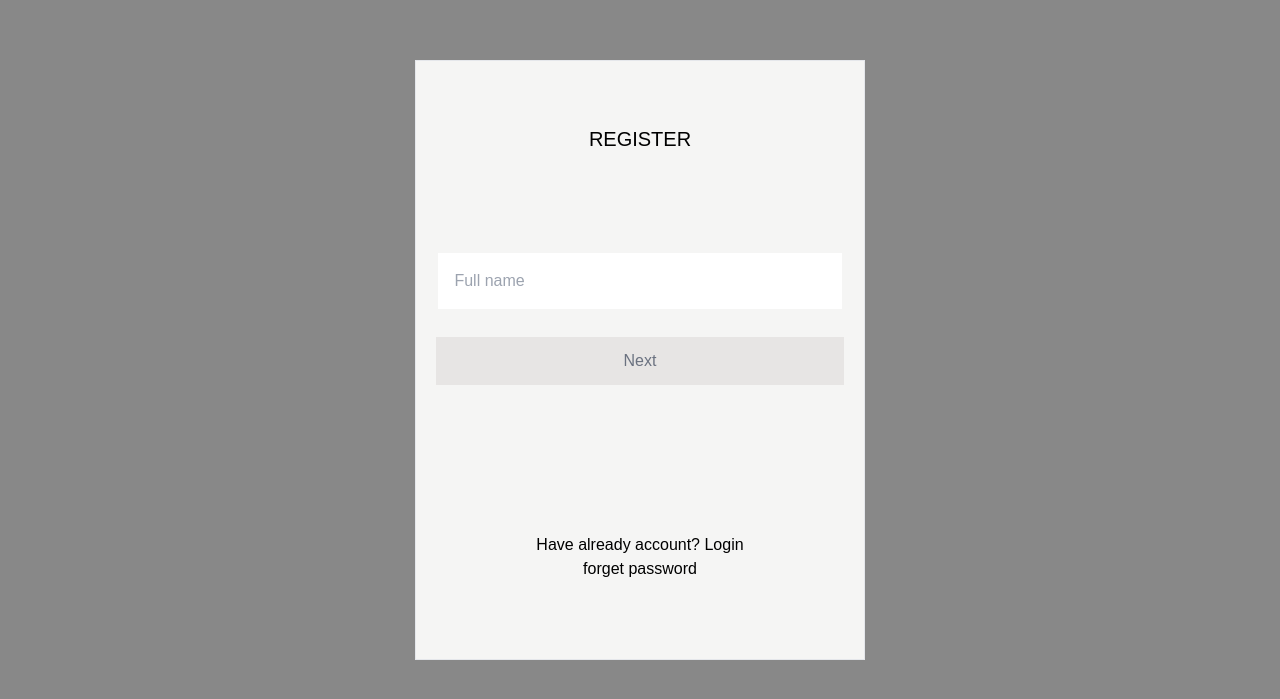
Repository: hsumyatm7308/oop-loginregister-php
Page: http://localhost/register.php
An editor plug-in stored every save of this project. The page is shown before and after the next save, followed by the edit.
The browser window is 1280 px wide. The pictures show the whole page.
Some web libraries are served in a nearby version. The page is run by PHP 8.4 with error messages shown; the project is at /var/www/html/.

Above is the page before, as saved 2023-08-01 18:56:46.

### register.php
<?php

require_once "oopfunction.php";

if (isset($_SERVER['REQUEST_METHOD'])==="POST") {
    $fullname = textfilter($_POST['fullname']);
    $username = textfilter($_POST["username"]);
    $email = textfilter($_POST["email"]);
    $address = textfilter($_POST["address"]);
    $phone = textfilter($_POST["phone"]);
    $password = textfilter($_POST["password"]);
    $comfirmpass = textfilter($_POST["comfirm"]);

    $returnresult = $reg->insertUserInfo($fullname, $username, $email, $address, $phone, $password, $comfirmpass);

    if ($returnresult == 10) {
        echo "<div class='alert alert-danger'>Username already taken!</div>";
    } elseif ($returnresult == 1) {
        if ($stmt->execute()) {
            $_SESSION['email'] = $email;
            $_SESSION['password'] = $password;
            header("Location:.logout.php");

        } else {
            echo "Try Again";
        }
    } elseif ($returnresult == 100) {
        echo "<div class='alert alert-danger'>Password doesn't match!</div>";
    }


}


function textfilter($data)
{
    $data = trim($data);
    $data = htmlspecialchars($data);
    $data = stripcslashes($data);

    return $data;
}


?>


<!DOCTYPE html>
<html>

<head>
    <title>Login</title>

    <script src="https://cdn.tailwindcss.com"></script>
    <style>
        /* form .page {
            display: none;
        } */

        body {
            font-family: sans-serif;
            height: 100vh;
            background: #888;

            display: grid;
            place-items: center;
        }

        input.invalid {
            border: 1px dotted red;
        }
    </style>

</head>

<body class="w-screen h-screen  flex justify-center items-center">

    <div class="w-[450px] h-[600px] bg-stone-100 border flex items-center flex-col">
        <span id="prev" class="text-gray-500 self-start ml-8 mt-5" onclick="backnow(1)">Back</span>


        <h1 class="text-xl text-black uppercase mt-16">Register</h1>

        <form action="" method="post" id="form" class="w-full flex justify-center items-center flex-col mt-20">
            <div class="page w-full flex justify-center items-center mt-5 hidden">
                <input type="text" name="fullname" class="w-[90%] p-4 mb-2 focus:outline-none" placeholder="Full name">
            </div>
            <div class="page w-full flex justify-center items-center hidden">
                <input type="text" name="username" class="w-[90%] p-4 mb-2 focus:outline-none" placeholder="username">
            </div>
            <div class="page w-full flex justify-center items-center hidden">
                <input type="email" name="email" class="w-[90%] p-4 mb-2 focus:outline-none" placeholder="Email">
            </div>
            <div class="page w-full flex justify-center items-center hidden">
                <input type="text" name="address" class="w-[90%] p-4 mb-2 focus:outline-none" placeholder="Address">
            </div>
            <div class="page w-full flex justify-center items-center hidden">
                <input type="text" name="phone" class="w-[90%] p-4 mb-2 focus:outline-none" placeholder="Phone">
            </div>
            <div class="page w-full flex justify-center items-center hidden">
                <input type="password" name="password" class="w-[90%] p-4 mb-2 focus:outline-none"
                    placeholder="Password">
            </div>
            <div class="page w-full flex justify-center items-center hidden">
                <input type="password" name="comfirm" class="w-[90%] p-4 mb-2 focus:outline-none"
                    placeholder="Comfirm password">
            </div>




            <div class="w-full flex justify-center items-center">
                <button type="button" id="next"
                    class="w-full bg-stone-200 text-gray-500 p-3 m-5 hover:opacity-80 hover:text-gray-800"
                    onclick="gonow(1)">Next </button>
            </div>

        </form>


        <div id="footer" class="w-full flex justify-center items-center flex-col mt-32 hidden">
            <div>
                Have already account? <a href="">Login</a>
            </div>
            <div>forget password</div>
        </div>
    </div>

    <script src="./app.js"></script>
</body>

</html>

<!-- CREATE TABLE IF NOT EXISTS loginregister(
    id INT AUTO_INCREMENT NOT NULL PRIMARY KEY,
    fullname VARCHAR(255),
    username VARCHAR(255),
    email VARCHAR(255),
    address VARCHAR(255),
    phone VARCHAR(255),
    password  INT
    )
-->

### oopfunction.php
<?php


class Connection
{
    public $dbhost = "localhost";
    public $dbuser = "root";
    public $dbname = "hmmdb";
    public $password = "";


    public $conn;


    public function __construct()
    {
        try {

            $this->conn = new PDO("mysql:dbhost=$this->dbhost;dbname=$this->dbname", $this->dbuser, $this->password);
            $this->conn->setAttribute(PDO::ATTR_ERRMODE, PDO::ERRMODE_EXCEPTION);

            // echo "connection successfull";


        } catch (Exception $e) {
            echo "Error Found : " . $e->getMessage();
        }
    }
}

class Register extends Connection{
    //function to register user in database
    public function insertUserInfo($fullname,$username,$email,$address,$phone,$password,$comfirmpass){
      $duplicate = $this->conn->prepare('SELECT * FROM loginregister WHERE username = :username OR email = :email');
      $duplicate->bindParam(':username', $username, PDO::PARAM_STR);
      $duplicate->bindParam(':email', $email, PDO::PARAM_STR);
      $duplicate->execute();

      $row = $duplicate->rowCount();
      print_r($row,true);

      if($row > 0){
        return 10;

      }else{
        if($password == $comfirmpass){

            try{
                $stmt = $this->conn->prepare("INSERT INTO loginregister(fullname,username,email,address,password) VALUE(:fullname,:username,:email,:address,:password)");
                $stmt->bindParam(':fullname',$fullname);
                $stmt->bindParam(':username',$username);
                $stmt->bindParam(':email',$email);
                $stmt->bindParam(':address',$address);
                $stmt->bindParam(':password',$password);

                return 1;
            }catch (Exception $e) {
                echo "Error Found : " . $e->getMessage();
            }


        }else{
            return 100;
        }
      }


    }



}

$obj = new Connection();

$reg = new Register();

?>

### app.js
const getpages = document.getElementsByClassName('page');
console.log(getpages)
const getform = document.getElementById('form');
const prevbtn = document.getElementById('prev');
const nextbtn = document.getElementById('next');
const footer = document.getElementById('footer');

var datas = [];
var objkeys = ["fullname", "username", "email", "address", "password", "comfirm"];


var curidx = 0;

showpage(curidx);

function showpage(num) {


    getpages[num].classList.remove('hidden');

    console.log(getpages[num]);

    num === 0 ? (prevbtn.style.display = "none") : (prevbtn.style.display = "block");
    num === 0 ? (footer.classList.remove('hidden')) : (footer.classList.add('hidden'));

    num === getpages.length -1 ? (nextbtn.textContent = 'Submit') : (nextbtn.textContent = 'Next');
}


function backnow(num){

    curidx--;
    console.log(curidx)
    // getpages[curidx ].classList.add('hidden');
    getpages[curidx+1].classList.add('hidden');


    showpage(curidx)
}

function gonow(num) {



    if (num === 1 && !formvalid()) return false;
    curidx++;
    console.log(curidx)
    getpages[curidx - 1].classList.add('hidden');

    if (curidx >= getpages.length) {
        nextbtn.style.direction = "none";
        getform.submit();

    }

    console.log(curidx);
    showpage(curidx)

}

function* yeildfun() {
    var index = 0;

    while (index < objkeys.length) {
        yield function () {
            index++;
        }
    }
}

let gen = yeildfun();

function formvalid() {
    var valid = true;
    var getcurrinput = getpages[curidx].getElementsByTagName('input');
    // console.log(getcurrinput);
    // console.log(getcurrinput[0].value);

    for (var x = 0; x < getcurrinput.length; x++) {
        // console.log(getcurrinput[x].value);
        if (getcurrinput[x].value === '') {
            getcurrinput[x].classList.add('invalid');
            valid = false;
        } else {

            const keys = objkeys[gen.next().value];
            const values = getcurrinput[x].value;
            datas.push({ [keys]: values });
        }

    }

    return valid;

}

After the next save:
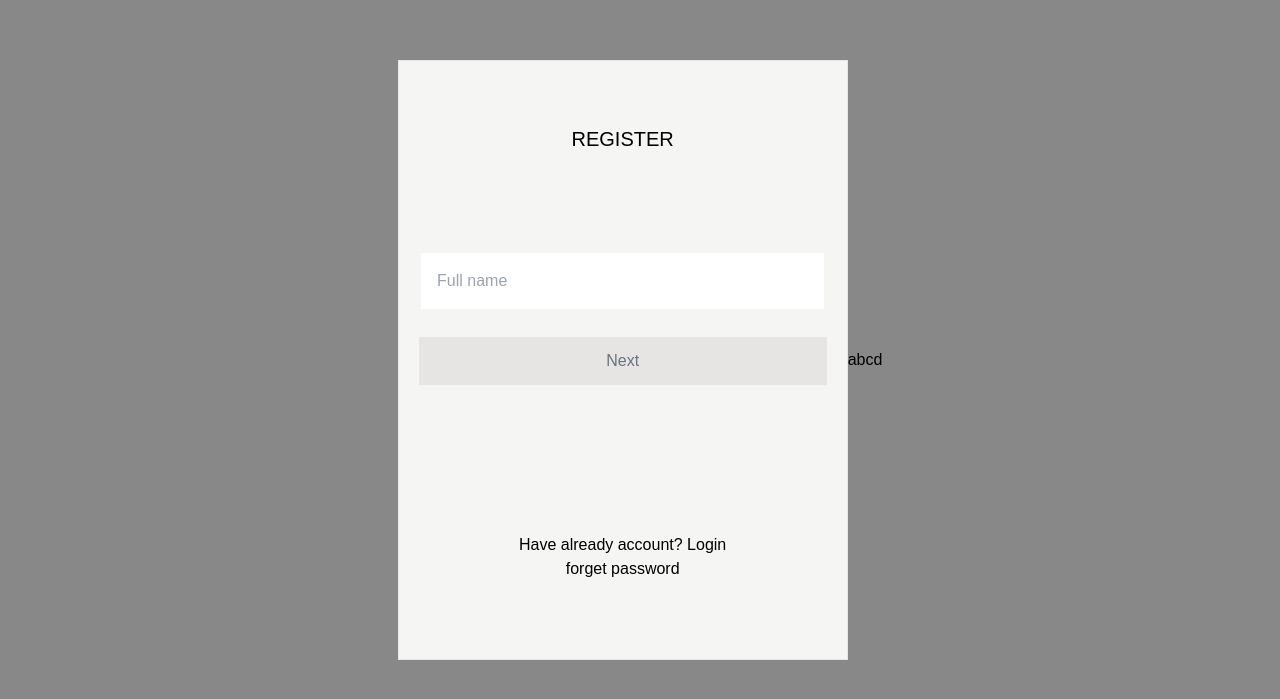
Saved 90 s later.
--- a/register.php
+++ b/register.php
@@ -126,6 +126,9 @@
         </div>
     </div>
 
+		<div id="result-container">abcd</div>
+
+
     <script src="./app.js"></script>
 </body>
 

After the 6 saves that followed:
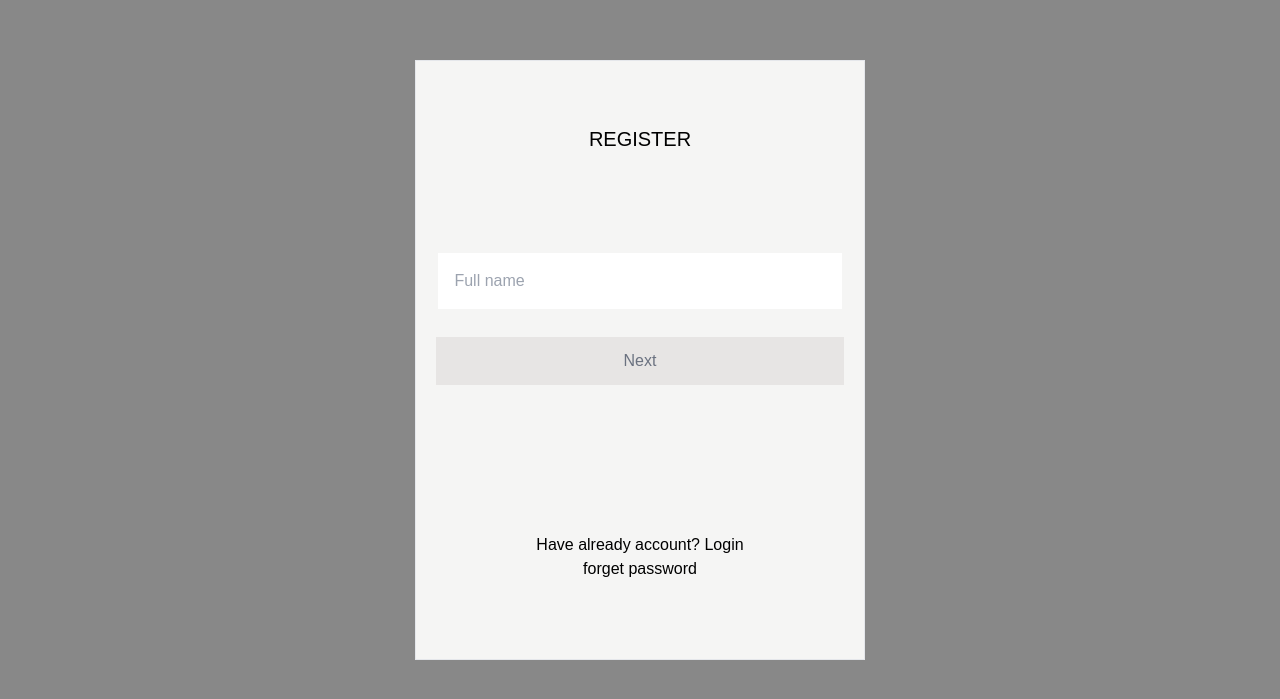
The 6 saves are shown as one change because 4 left the picture as it was and some came seconds apart.
The last was saved 2 min 57 s later.
--- a/register.php
+++ b/register.php
@@ -2,7 +2,7 @@
 
 require_once "oopfunction.php";
 
-if (isset($_SERVER['REQUEST_METHOD'])==="POST") {
+if (isset($_SERVER['REQUEST_METHOD']) === "POST") {
     $fullname = textfilter($_POST['fullname']);
     $username = textfilter($_POST["username"]);
     $email = textfilter($_POST["email"]);
@@ -69,6 +69,13 @@
         input.invalid {
             border: 1px dotted red;
         }
+
+
+        #result-container {
+            display: none;
+
+            width: 90%;
+        }
     </style>
 
 </head>
@@ -126,7 +133,7 @@
         </div>
     </div>
 
-		<div id="result-container">abcd</div>
+    <div id="result-container">abcd</div>
 
 
     <script src="./app.js"></script>
--- a/app.js
+++ b/app.js
@@ -4,6 +4,7 @@ const getform = document.getElementById('form');
 const prevbtn = document.getElementById('prev');
 const nextbtn = document.getElementById('next');
 const footer = document.getElementById('footer');
+const getrstcontainer = document.getElementById('result-container');
 
 var datas = [];
 var objkeys = ["fullname", "username", "email", "address", "password", "comfirm"];
@@ -23,16 +24,16 @@ function showpage(num) {
     num === 0 ? (prevbtn.style.display = "none") : (prevbtn.style.display = "block");
     num === 0 ? (footer.classList.remove('hidden')) : (footer.classList.add('hidden'));
 
-    num === getpages.length -1 ? (nextbtn.textContent = 'Submit') : (nextbtn.textContent = 'Next');
+    num === getpages.length - 1 ? (nextbtn.textContent = 'Submit') : (nextbtn.textContent = 'Next');
 }
 
 
-function backnow(num){
+function backnow(num) {
 
     curidx--;
     console.log(curidx)
     // getpages[curidx ].classList.add('hidden');
-    getpages[curidx+1].classList.add('hidden');
+    getpages[curidx + 1].classList.add('hidden');
 
 
     showpage(curidx)
@@ -49,7 +50,9 @@ function gonow(num) {
 
     if (curidx >= getpages.length) {
         nextbtn.style.direction = "none";
-        getform.submit();
+        // getform.submit();
+        getrstcontainer.style.display = 'block';
+
 
     }
 
@@ -93,3 +96,24 @@ function formvalid() {
     return valid;
 
 }
+
+
+
+function result(data) {
+    // console.log(data);
+
+    getrstcontainer.innerHTML = `
+      <ul>
+        <li>Name : ${data[2].firstname} ${data[3].lastname}</li>
+        <li>Email : ${data[0].email}</li>
+        <li>Date of birth : ${data[4].dob}</li>
+        <li>Phone : ${data[5].phone}</li>
+        <li>Address : ${data[6].address}</li>
+      </ul>
+      <button type="submit" class="submit-btn" onclick="submitbtn()">Apply Now</button>
+    `;
+}
+
+function submitbtn() {
+    getform.submit();
+}
